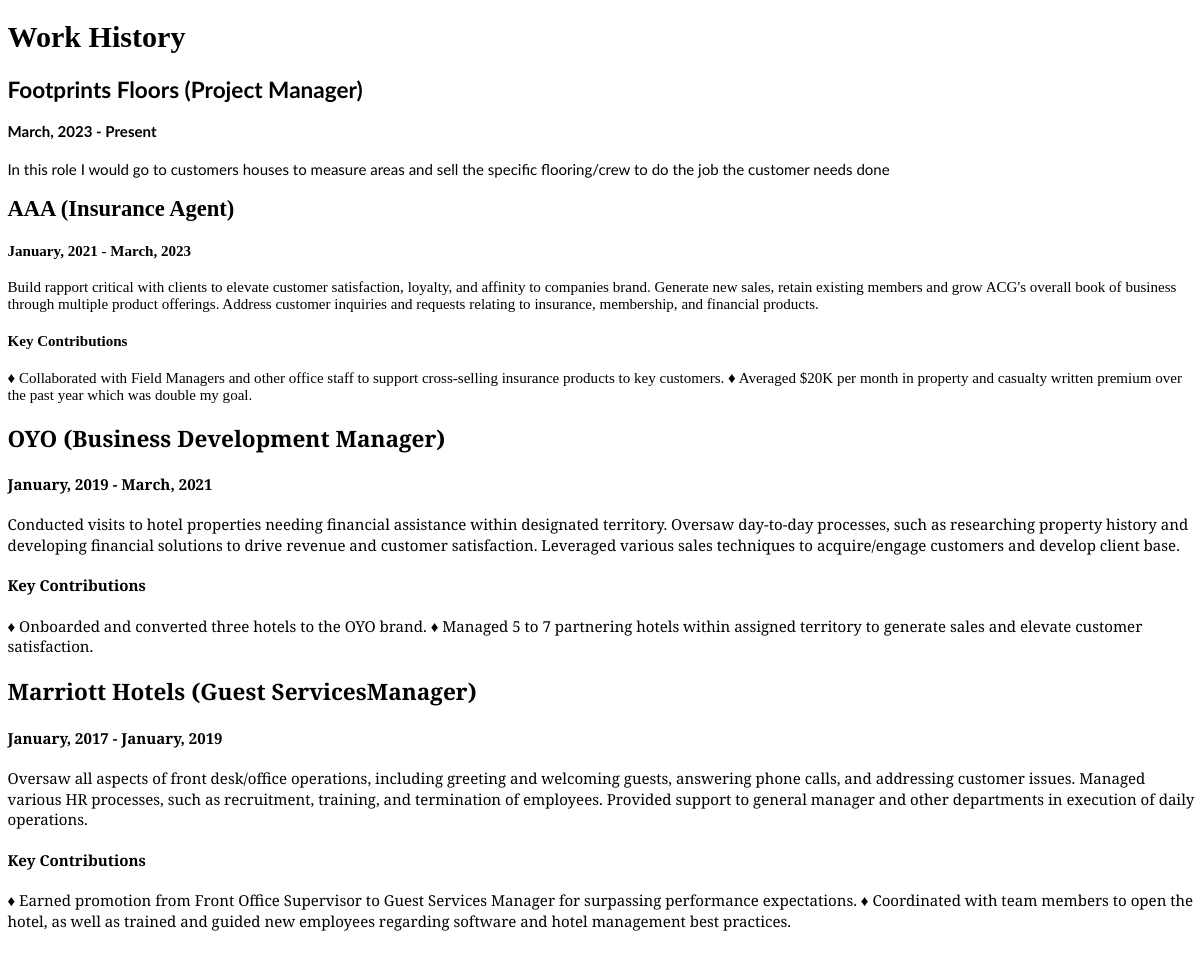
Repository: TEazy2433/LAB-HTML-Resume
Page: index.html
An editor plug-in stored every save of this project. The page is shown before and after the next save, followed by the edit.
The browser window is 1280 px wide. The pictures show the whole page, at 94% of full size.

Above is the page before, as saved 2023-10-11 20:08:28.

After the next save:
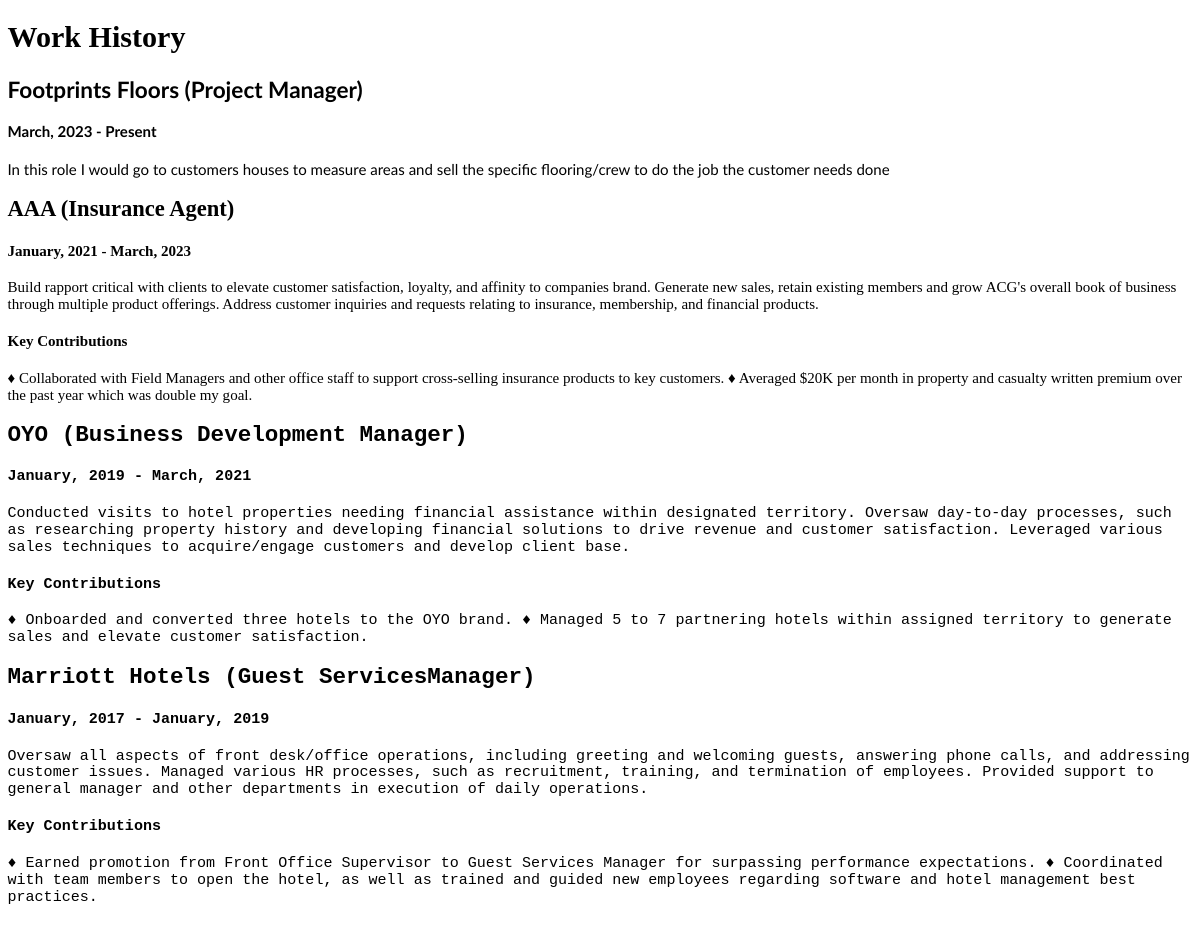
Saved 49 s later.
--- a/main.css
+++ b/main.css
@@ -7,9 +7,9 @@
 }
 
 #articleThree{
-  font-family: Georgia, 'Times New Roman', Times, serif;
+  font-family: 'Courier New', Courier, monospace;
 }
 
 articleFour{
-  font-family: 'Lucida Sans', 'Lucida Sans Regular', 'Lucida Grande', 'Lucida Sans Unicode', Geneva, Verdana, sans-serif;
+  font-family: fantasy;
 }
